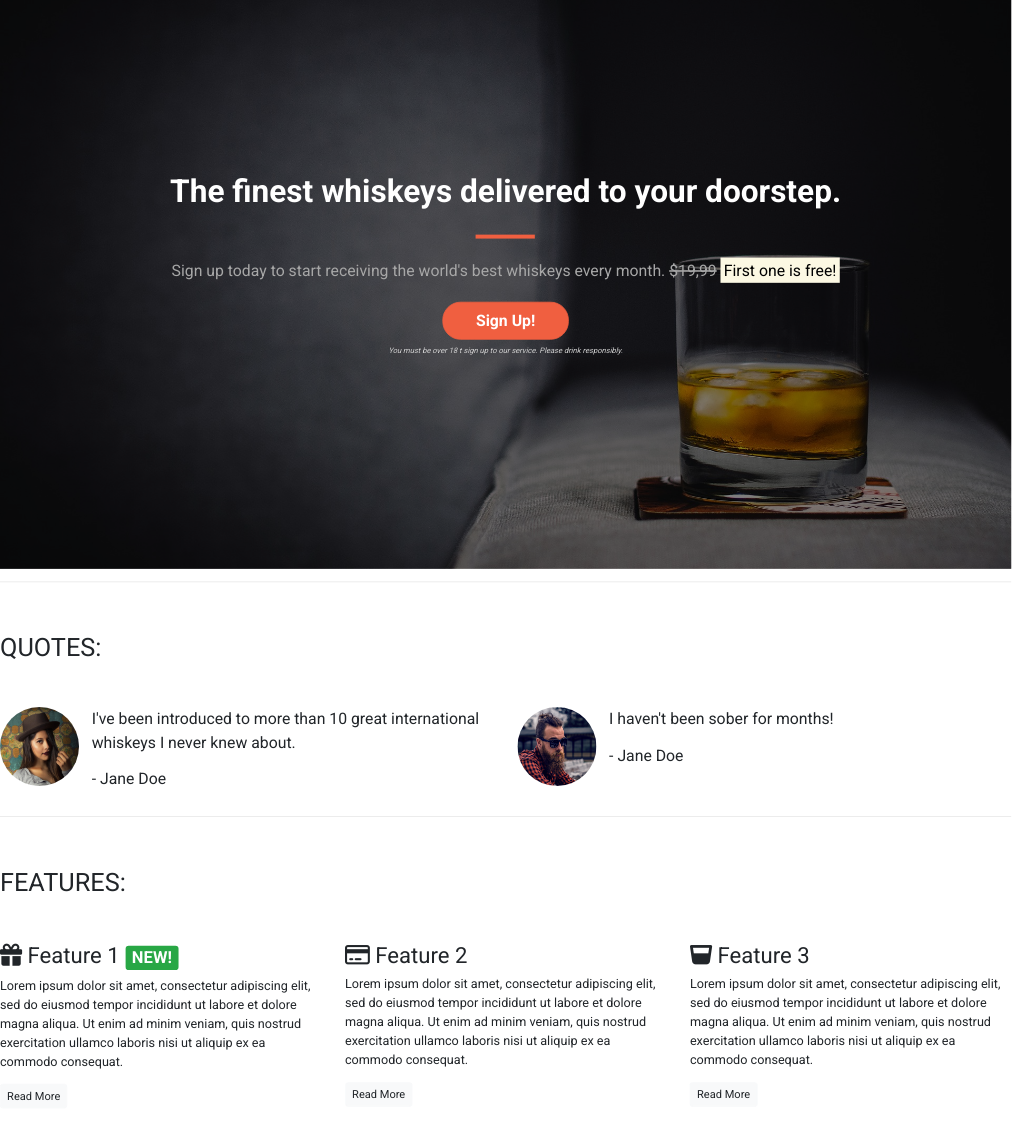
Repository: nitr-am/whiskey-project
Page: index.html
The author's editor kept a record of every edit. The page is drawn from the files as they stood at one moment, then again after the next edit.
The browser window is 1280 px wide. The page is 1295 px wide, so the pictures cover 1295 px, including what lies to the right of the window. The pictures show the whole page, at 79% of full size.
Backgrounds fixed to the window are drawn as part of the page. Some web libraries are served in a nearby version.

Above is the page before.

After the next edit:
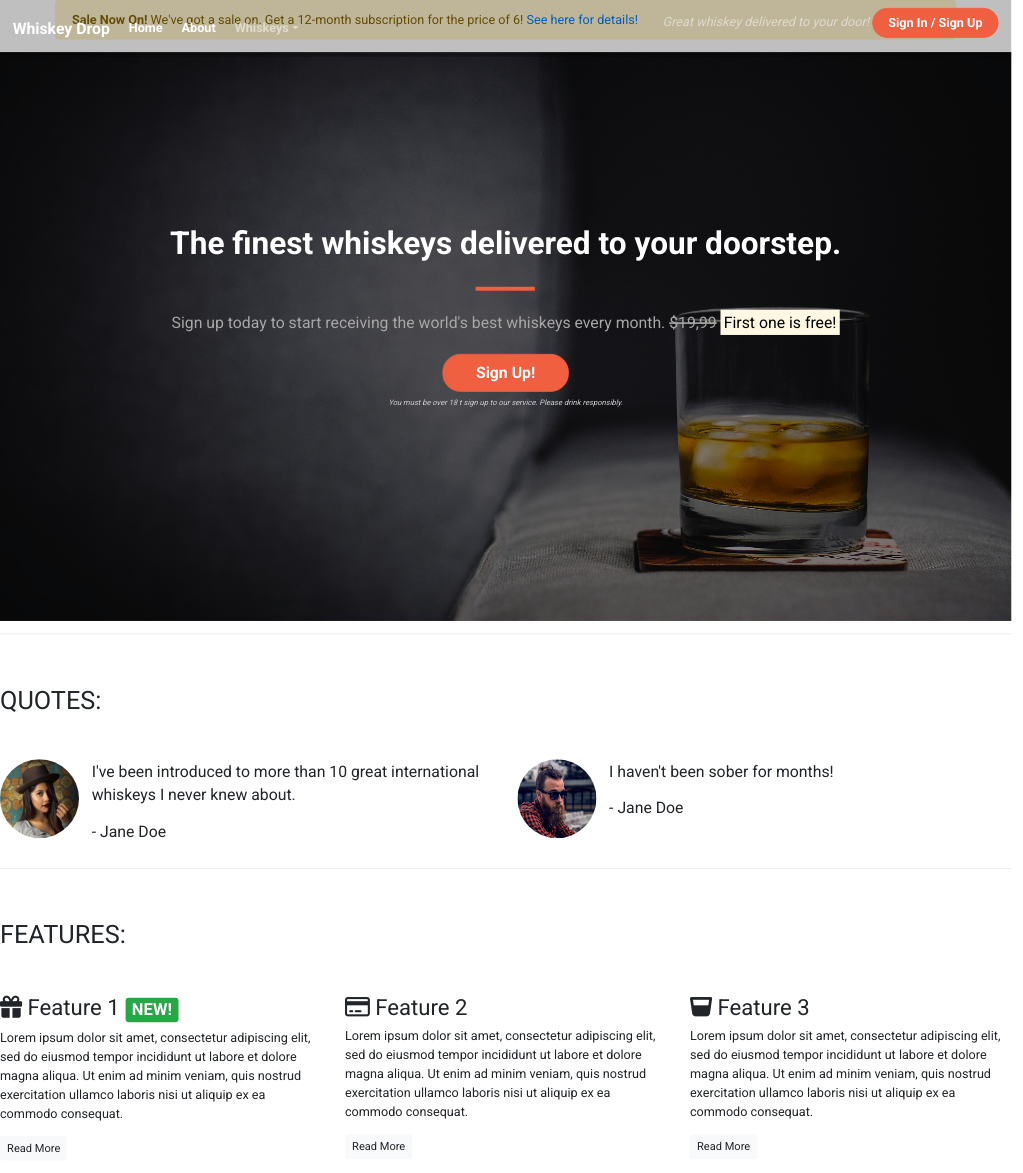
The edit:
--- a/index.html
+++ b/index.html
@@ -12,7 +12,7 @@
 </head>
 
 <body>
-      <!--
+
    <div class="container alert-container">
         <div class="row d-none d-sm-block">
             <div class="col-12">
